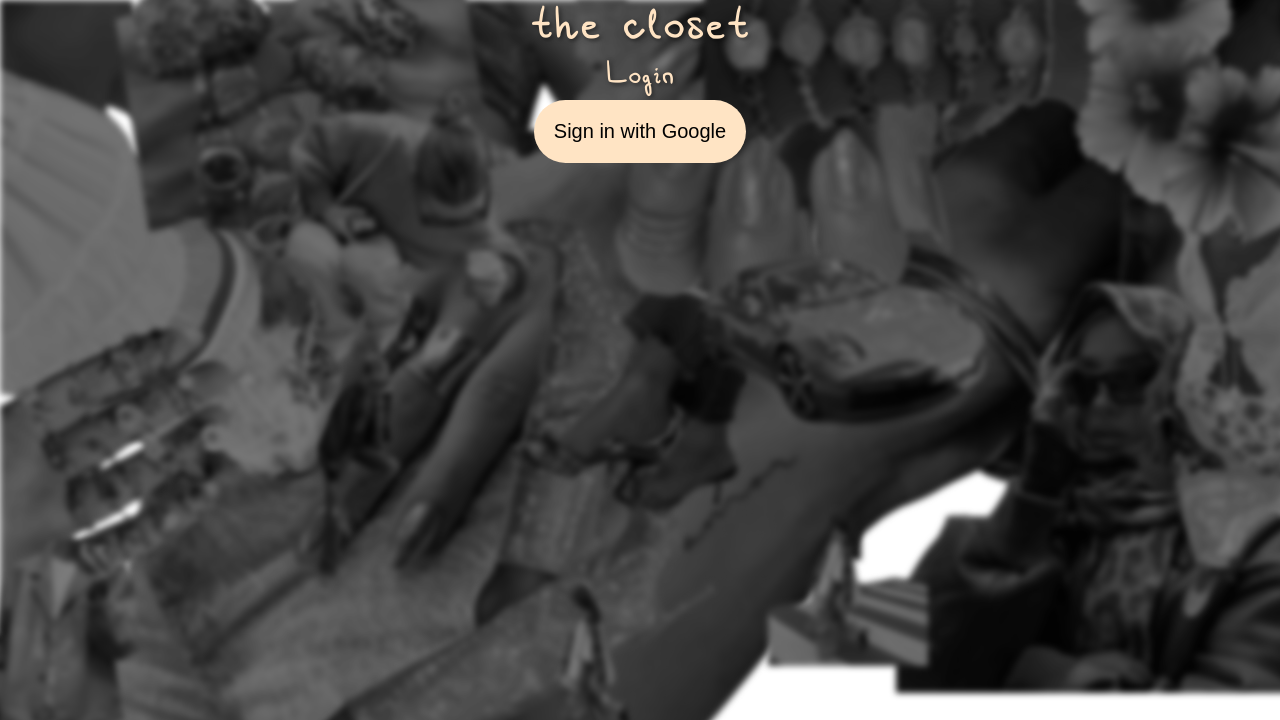
Repository: karla-sikavica/theCloset
Page: / (app in frontend/)
These files come from the project's save history. The page is drawn as it stood at one moment and after the next save; the edit follows.
The browser window is 1280 px wide. The pictures show the whole page.
The project was rebuilt for these pictures with package versions that can differ from the ones it lists, and the page was loaded fresh each time. Also part of the build but not shown: frontend/vite.config.ts.

Above is the page before, as saved 2025-03-29 16:19:01.

### frontend/src/index.css
@font-face {
  font-family: 'Kalla';
  src: url('/fonts/Kalla-Regular.ttf') format('truetype');
  font-weight: 400;
  font-style: normal;
}

:root {
  font-family: 'Kalla', system-ui, Avenir, Helvetica, Arial, sans-serif;
  line-height: 50px;
  font-weight: 400;
  display: block;


  font-synthesis: none;
  text-rendering: optimizeLegibility;
  -webkit-font-smoothing: antialiased;
  -moz-osx-font-smoothing: grayscale;
}

### frontend/src/App.tsx
import { BrowserRouter as Router, Routes, Route } from "react-router-dom";
import "./App.css";
import Login from "./pages/Login";
import Collage from "./components/ui/Collage";

function App() {
  return (
    <Router>
      <Collage />

      <div className="main-content">
        <Routes>
          <Route path="/" element={<Login></Login>} />
          <Route path="/login" element={<Login />} />
        </Routes>
      </div>
    </Router>
  );
}

export default App;

### frontend/src/App.css
#root {
  max-width: 1280px;
  margin: 0 auto;
  padding: 2rem;
  text-align: center;
}

body {
  color: bisque;
  text-shadow: 2px 2px 4px rgba(0, 0, 0, 0.5);
}

body, html, #root {
  margin: 0;
  padding: 0;
  height: 100%;
  width: 100%;
  overflow: hidden;
}

/* Optional: to make sure your app content appears above the collage */
.main-content {
  z-index: 10;

   position: relative;
  /*pointer-events: auto;
  height: 100%; */
}

/*
body::before {
  content: "";
  position: fixed;
  top: 0;
  left: 0;
  width: 100vh;
  height: 100vw;
  background-image: url("/images/download.jpeg");
  background-repeat: no-repeat;
  background-size: cover;
  background-position: center;
  transform: rotate(270deg) translate(-100vh, 0);
  transform-origin: top left;
  z-index: -1;
}

body::after {
  content: "";
  position: fixed;
  top: 0;
  left: 0;
  width: 100vw;
  height: 100vh;
  /* background: rgba(50, 30, 10, 0.6); */
/*   z-index: -1;
 *//* */

### frontend/src/pages/Login.tsx
import GoogleLogin from "../components/ui/GoogleLogin";

function Login() {
  return (
    <div style={{ margin: "auto" }}>
      <h1 style={{ fontSize: 100, margin: 0 }}>the closet</h1>
      <h2 style={{ fontSize: 60, margin: 0 }}>Login</h2>
      <div style={{ textAlign: "center" }}>
        <GoogleLogin></GoogleLogin>
      </div>
    </div>
  );
}

export default Login;

### frontend/src/components/ui/Collage.tsx
import React, { useEffect, useRef } from "react";
import "../css/Collage.css";

/* const imageCount = 32;
 */
type CollageImage = {
  src: string;
  top: string;
  left: string;
  width: string;
  rotate?: string;
  zIndex?: number;
};

const collageConfig: CollageImage[] = [
  {
    src: "/images/photo%20(1).png",
    top: "45%",
    left: "0%",
    width: "250px",
    rotate: "0deg",
    zIndex: 2,
  },
  {
    src: "/images/photo%20(2).png",
    top: "30%",
    left: "25%",
    width: "400px",
    rotate: "0deg",
    zIndex: 1,
  },
  {
    src: "/images/photo%20(3).png",
    top: "18%",
    left: "40%",
    width: "350px",
    rotate: "0deg",
    zIndex: 0,
  },
  {
    src: "/images/photo%20(4).png",
    top: "-5%",
    left: "55%",
    width: "400px",
    rotate: "0deg",
    zIndex: 2,
  },
  {
    src: "/images/photo%20(5).png",
    top: "30%",
    left: "40%",
    width: "260px",
    rotate: "0deg",
    zIndex: 1,
  },
  {
    src: "/images/photo%20(6).png",
    top: "10%",
    left: "18%",
    width: "300px",
    rotate: "0deg",
    zIndex: 4,
  },
  {
    src: "/images/photo%20(7).png",
    top: "38%",
    left: "70%",
    width: "400px",
    rotate: "0deg",
    zIndex: 1,
  },
  {
    src: "/images/photo%20(8).png",
    top: "0%",
    left: "0%",
    width: "350px",
    rotate: "0deg",
    zIndex: 1,
  },
  {
    src: "/images/photo%20(9).png",
    top: "35%",
    left: "55%",
    width: "280px",
    rotate: "-6deg",
    zIndex: 2,
  },
  {
    src: "/images/photo%20(10).png",
    top: "35%",
    left: "20%",
    width: "200px",
    rotate: "15deg",
    zIndex: 1,
  },
  {
    src: "/images/photo%20(11).png",
    top: "-20%",
    left: "70%",
    width: "400px",
    rotate: "0deg",
    zIndex: 0,
  },
  {
    src: "/images/photo%20(12).png",
    top: "-20%",
    left: "10%",
    width: "350px",
    rotate: "-9deg",
    zIndex: 1,
  },
  {
    src: "/images/photo%20(13).png",
    top: "0%",
    left: "6%",
    width: "550px",
    rotate: "0deg",
    zIndex: 0,
  },
  {
    src: "/images/photo%20(14).png",
    top: "70%",
    left: "60%",
    width: "160px",
    rotate: "0deg",
    zIndex: 2,
  },
  {
    src: "/images/photo%20(15).png",
    top: "75%",
    left: "40%",
    width: "170px",
    rotate: "-8deg",
    zIndex: 3,
  },
  {
    src: "/images/photo%20(16).png",
    top: "3%",
    left: "48%",
    width: "500px",
    rotate: "3deg",
    zIndex: 0,
  },
  {
    src: "/images/photo%20(17).png",
    top: "0%",
    left: "45%",
    width: "380px",
    rotate: "0deg",
    zIndex: 1,
  },
  {
    src: "/images/photo%20(18).png",
    top: "75%",
    left: "-3%",
    width: "200px",
    rotate: "10deg",
    zIndex: 3,
  },
  {
    src: "/images/photo%20(19).png",
    top: "22%",
    left: "86%",
    width: "290px",
    rotate: "0deg",
    zIndex: 2,
  },
  {
    src: "/images/photo%20(30).png",
    top: "-20%",
    left: "80%",
    width: "300px",
    rotate: "-27deg",
    zIndex: 3,
  } /*,
  {
    src: "/images/photo%20(21).png",
    top: "30%",
    left: "90%",
    width: "170px",
    rotate: "-6deg",
    zIndex: 2,
  },
  {
    src: "/images/photo%20(22).png",
    top: "65%",
    left: "5%",
    width: "160px",
    rotate: "5deg",
    zIndex: 3,
  },
  {
    src: "/images/photo%20(23).png",
    top: "60%",
    left: "20%",
    width: "180px",
    rotate: "-7deg",
    zIndex: 2,
  },
  {
    src: "/images/photo%20(24).png",
    top: "15%",
    left: "50%",
    width: "190px",
    rotate: "6deg",
    zIndex: 1,
  },
  {
    src: "/images/photo%20(25).png",
    top: "10%",
    left: "30%",
    width: "160px",
    rotate: "-4deg",
    zIndex: 3,
  },
  {
    src: "/images/photo%20(26).png",
    top: "40%",
    left: "50%",
    width: "170px",
    rotate: "11deg",
    zIndex: 2,
  },
  {
    src: "/images/photo%20(27).png",
    top: "50%",
    left: "75%",
    width: "180px",
    rotate: "-9deg",
    zIndex: 1,
  },
  {
    src: "/images/photo%20(28).png",
    top: "35%",
    left: "10%",
    width: "200px",
    rotate: "4deg",
    zIndex: 2,
  },
  {
    src: "/images/photo%20(29).png",
    top: "25%",
    left: "65%",
    width: "190px",
    rotate: "-5deg",
    zIndex: 3,
  },
  {
    src: "/images/photo%20(30).png",
    top: "70%",
    left: "85%",
    width: "160px",
    rotate: "6deg",
    zIndex: 1,
  },
  {
    src: "/images/photo%20(31).png",
    top: "80%",
    left: "35%",
    width: "170px",
    rotate: "-3deg",
    zIndex: 2,
  },
  {
    src: "/images/photo%20(32).png",
    top: "90%",
    left: "50%",
    width: "180px",
    rotate: "8deg",
    zIndex: 3,
  }, */,
];

const Collage: React.FC = () => {
  return (
    <div className="collage-background">
      {collageConfig.map((img, index) => (
        <img
          key={index}
          src={img.src}
          alt={`collage-img-${index}`}
          className="collage-img"
          style={{
            top: img.top,
            left: img.left,
            width: img.width,
            transform: `rotate(${img.rotate || "0deg"})`,
            zIndex: img.zIndex || 0,
          }}
        />
      ))}
    </div>
  );
};

export default Collage;

/*
const Collage: React.FC = () => {
  const containerRef = useRef<HTMLDivElement>(null);

  useEffect(() => {
    const container = containerRef.current;
    if (!container) return;

    const imgs = container.querySelectorAll("img");
    imgs.forEach((img) => {
      const x = Math.random() * 100;
      const y = Math.random() * 100;
      const rotate = Math.random() * 20 - 10; // rotate between -10 and +10 degrees
      const z = Math.floor(Math.random() * 10); // random z-index

      img.style.top = `${y}vh`;
      img.style.left = `${x}vw`;
      img.style.transform = `rotate(${rotate}deg)`;
      img.style.zIndex = z.toString();
    });
  }, []);

  return (
    <div className="collage-background" ref={containerRef}>
      {[...Array(imageCount)].map((_, index) => (
        <img
          key={index}
          src={`/images/photo%20(${index + 1}).png`}
          alt={`collage-img-${index}`}
          className="collage-img"
        />
      ))}
    </div>
  );
};

export default Collage; */

### frontend/src/components/ui/GoogleLogin.tsx
// src/components/GoogleLogin.js
import { signInWithPopup } from "firebase/auth";
import { auth, googleProvider } from "../../firebase";
import GoogleButton from "./GoogleButton";

function GoogleLogin() {
  const handleGoogleLogin = async () => {
    try {
      const result = await signInWithPopup(auth, googleProvider);
      const user = result.user;

      const token = await user.getIdToken();
      console.log("✅ Google login successful! Token:", token);

      const res = await fetch("http://localhost:8080/categories", {
        headers: {
          Authorization: `Bearer ${token}`,
        },
      });

      const data = await res.json();
      console.log("Backend response:", data);
    } catch (error: any) {
      console.error("❌ Google login error:", error.message);
    }
  };

  return (
    <div>
      <GoogleButton onClick={handleGoogleLogin}>
        Sign in with Google
      </GoogleButton>{" "}
    </div>
  );
}

export default GoogleLogin;

### frontend/src/components/css/Collage.css

  .collage-background {
    position: fixed;
    top: 0;
    left: 0;
    width: 100vw;
    height: 100vh;
    overflow: hidden;
    z-index: 0;
    pointer-events: auto;
  }

  .collage-img {
    position: absolute;
    object-fit: contain;
    filter: grayscale(100%) blur(3px) brightness(0.5);
    pointer-events: auto;
    border: none;
  }

  .collage-img:hover {
    filter: grayscale(0%);

/*     border: 3px solid bisque;
 */  }

### frontend/src/firebase.ts
import { initializeApp } from "firebase/app";
import { getAuth, GoogleAuthProvider  } from "firebase/auth";

//import { getAnalytics } from "firebase/auth";

const firebaseConfig = {
  apiKey: "AIzaSyAbHQdx6UcrnGOItmjSgqMahJKQc3tssx8",
  authDomain: "thecloset-7ba5e.firebaseapp.com",
  projectId: "thecloset-7ba5e",
  storageBucket: "thecloset-7ba5e.firebasestorage.app",
  messagingSenderId: "77195632073",
  appId: "1:77195632073:web:69fd94b7e825471e71dc18",
  measurementId: "G-8GEFS4DWQG"
};

// Initialize Firebase
const app = initializeApp(firebaseConfig);
export const auth = getAuth(app);
export const googleProvider = new GoogleAuthProvider();


//const analytics = getAnalytics(app);

### frontend/src/components/ui/GoogleButton.tsx
import styles from "../css/GoogleButton.module.css";

interface Props {
  children: React.ReactNode;
  onClick: () => void;
}

const GoogleButton = ({ onClick, children }: Props) => {
  return (
    <button onClick={onClick} className={styles.googleButton}>
      {children}
    </button>
  );
};

export default GoogleButton;

### frontend/src/components/css/GoogleButton.module.css
.googleButton{
    border-radius: 50px;
    padding: 20px;
    background-color: bisque;
    font-size: 20px;
    border: none;
}

.googleButton:hover{
    background-color: rgb(192, 173, 148);
}

Loaded but not shown: frontend/index.html (common file); frontend/src/main.tsx (common file)

After the next save:
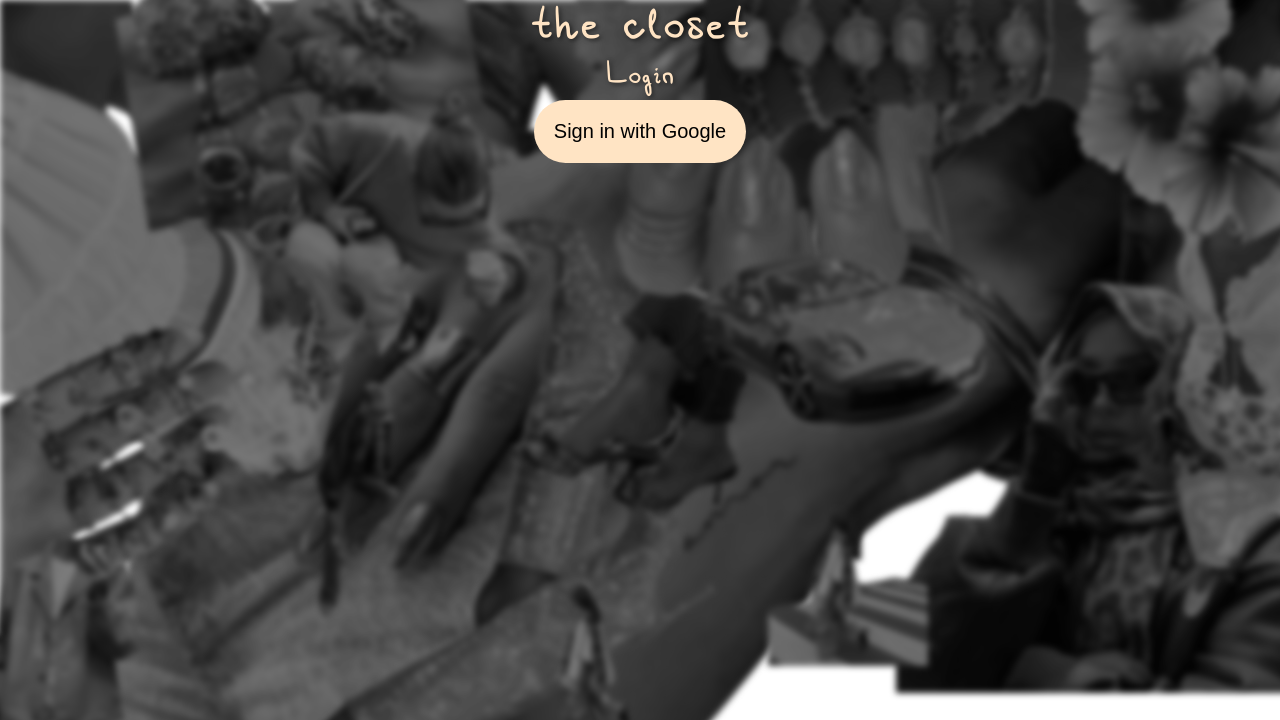
Saved 9 s later.
--- a/frontend/src/components/ui/Collage.tsx
+++ b/frontend/src/components/ui/Collage.tsx
@@ -87,7 +87,7 @@
   },
   {
     src: "/images/photo%20(10).png",
-    top: "35%",
+    top: "39%",
     left: "20%",
     width: "200px",
     rotate: "15deg",
